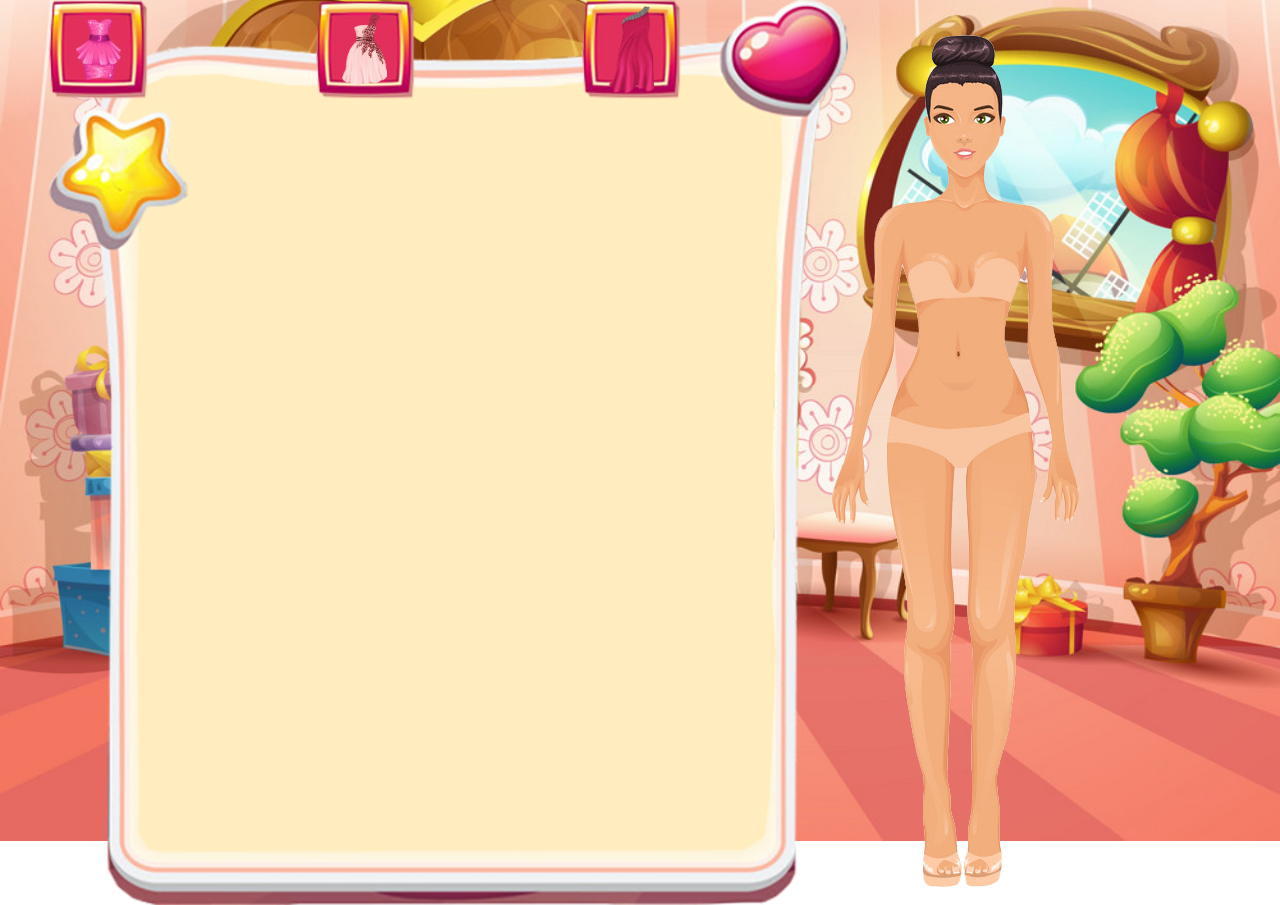
Repository: bunbubam/GameThayDoReactjs_NguyenKhacNghia
Page: /
An editor plug-in stored every save of this project. The page is shown before and after the next save, followed by the edit.
The browser window is 1280 px wide. The pictures show the whole page.
The project was rebuilt for these pictures with package versions that can differ from the ones it lists, and the page was loaded fresh each time.

Above is the page before, as saved 2022-03-30 15:51:07.

### public/index.html
<!doctype html>
<html lang="en">
  <head>
    <title>GameThaydo</title>
    <!-- Required meta tags -->
    <meta charset="utf-8">
    <meta name="viewport" content="width=device-width, initial-scale=1, shrink-to-fit=no">

    <!-- Bootstrap CSS -->
    <link rel="stylesheet" href="https://stackpath.bootstrapcdn.com/bootstrap/4.3.1/css/bootstrap.min.css" integrity="sha384-ggOyR0iXCbMQv3Xipma34MD+dH/1fQ784/j6cY/iJTQUOhcWr7x9JvoRxT2MZw1T" crossorigin="anonymous">
  </head>
  <body>
    <div id="root"></div>
    <!-- Optional JavaScript -->
    <!-- jQuery first, then Popper.js, then Bootstrap JS -->
    <script src="https://code.jquery.com/jquery-3.3.1.slim.min.js" integrity="sha384-q8i/X+965DzO0rT7abK41JStQIAqVgRVzpbzo5smXKp4YfRvH+8abtTE1Pi6jizo" crossorigin="anonymous"></script>
    <script src="https://cdnjs.cloudflare.com/ajax/libs/popper.js/1.14.7/umd/popper.min.js" integrity="sha384-UO2eT0CpHqdSJQ6hJty5KVphtPhzWj9WO1clHTMGa3JDZwrnQq4sF86dIHNDz0W1" crossorigin="anonymous"></script>
    <script src="https://stackpath.bootstrapcdn.com/bootstrap/4.3.1/js/bootstrap.min.js" integrity="sha384-JjSmVgyd0p3pXB1rRibZUAYoIIy6OrQ6VrjIEaFf/nJGzIxFDsf4x0xIM+B07jRM" crossorigin="anonymous"></script>
  </body>
</html>

### src/App.js
import logo from './logo.svg';
import './App.css';
import Dress from './gamethaydo/dress';

function App() {
  return (
    <Dress></Dress>
  );
}

export default App;

### src/App.css
body {
    background: url(gamethaydo/images/dress-room.jpg) no-repeat;
    background-position: 50% 53%;
    background-size: cover;
}
.dress-main .row {height: 100vh;}
.girl img {
    position: absolute;
    bottom: 2%;
    left: 30%;
}
.clothing-box  .row{
    background: url(gamethaydo/images/box.png) no-repeat;
    background-position: 50% 50%;
    background-size: cover;
    width: 800px;
    height: 905px;
}
.clothing-item {
    position: absolute;
    top: 0;
    left: 0;
    background: url(gamethaydo/images/menu.png) no-repeat;
    width: 100px;
    height: 99px;
}
.clothing-item img {width: 45%;}

### src/gamethaydo/dress.js
import React, {Component} from 'react';
import Girl from './images/girl.png';
import Clothing1 from './images/trangphuc1.png';
import Clothing2 from './images/trangphuc2.png';
import Clothing3 from './images/trangphuc3.png';
import Clothing4 from './images/trangphuc4.png';
import Clothing5 from './images/trangphuc5.png';
import Clothing6 from './images/trangphuc6.png';
import Clothing7 from './images/trangphuc7.png';
import Clothing8 from './images/trangphuc8.png';
import Clothing9 from './images/trangphuc9.png';
import Clothing10 from './images/trangphuc10.png';

class Dress extends Component {
    state = {
        girl : Girl,
        clothing : Girl

    }
changeClothing = (imgs) => {
        return(
            this.setState({
                clothing : imgs
            })
        )
    }
    render() {
        return(
            <div className='container-fluid'>
                <div className='dress-main'>
                    <div className='row'>
                        <div className='col-12 col-xl-6 block-left'>
                            <div className='clothing-box ml-md-5'>
                                <div className='row position-relative'>
                                    <div className='col-12 col-xl-4'>
                                        <div className='clothing-item d-flex flex-direction-row justify-content-center align-items-center'>
                                            <img onClick={()=>this.changeClothing(Clothing1)} src={require('./images/trangphuc1.png')} className='img-fluid'/>
                                        </div>
                                    </div>
                                    <div className='col-12 col-xl-4'>
                                        <div className='clothing-item d-flex flex-direction-row justify-content-center align-items-center'>
                                            <img onClick={()=>this.changeClothing(Clothing2)} src={require('./images/trangphuc2.png')} className='img-fluid'/>
                                        </div>
                                    </div>
                                    <div className='col-12 col-xl-4'>
                                        <div className='clothing-item d-flex flex-direction-row justify-content-center align-items-center'>
                                            <img onClick={()=>this.changeClothing(Clothing3)} src={require('./images/trangphuc3.png')} className='img-fluid'/>
                                        </div>
                                    </div>
                                </div>
                            </div>
                        </div>
                        <div className='col-12 col-xl-6 block-right position-relative'>
                            <div className='girl'>
                                <img src={this.state.girl} className='img-fluid'/>
                                <img src={this.state.clothing} className='img-fluid'/>
                            </div>
                        </div>
                    </div>
                </div>
            </div>
        )
    };
}
export default Dress;

Loaded but not shown: src/index.js (common file); src/index.css (common file); src/reportWebVitals.js (common file)

After the next save:
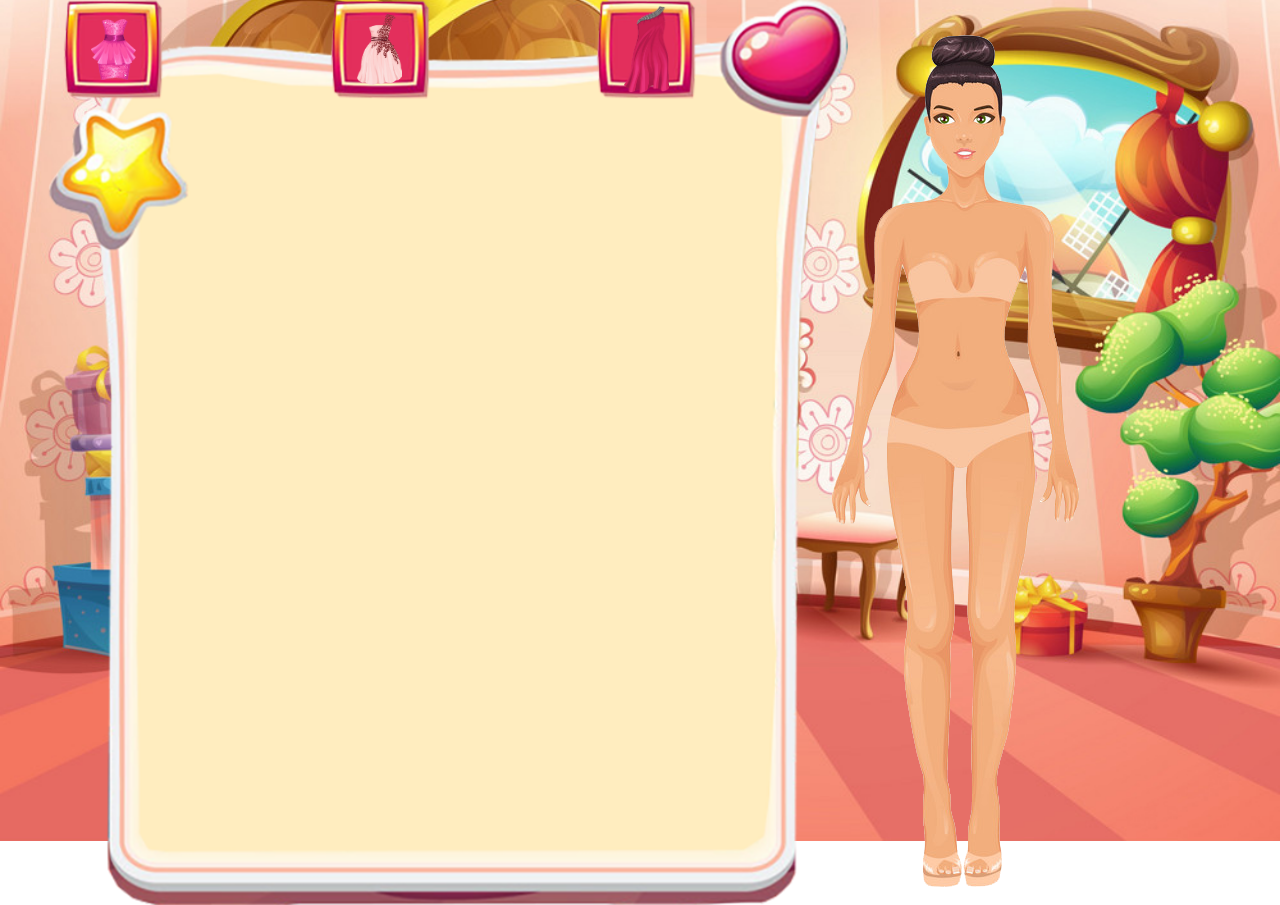
Saved 17 s later.
--- a/src/App.css
+++ b/src/App.css
@@ -17,7 +17,7 @@ body {
     height: 905px;
 }
 .clothing-item {
-    position: absolute;
+    /* position: absolute; */
     top: 0;
     left: 0;
     background: url(gamethaydo/images/menu.png) no-repeat;
